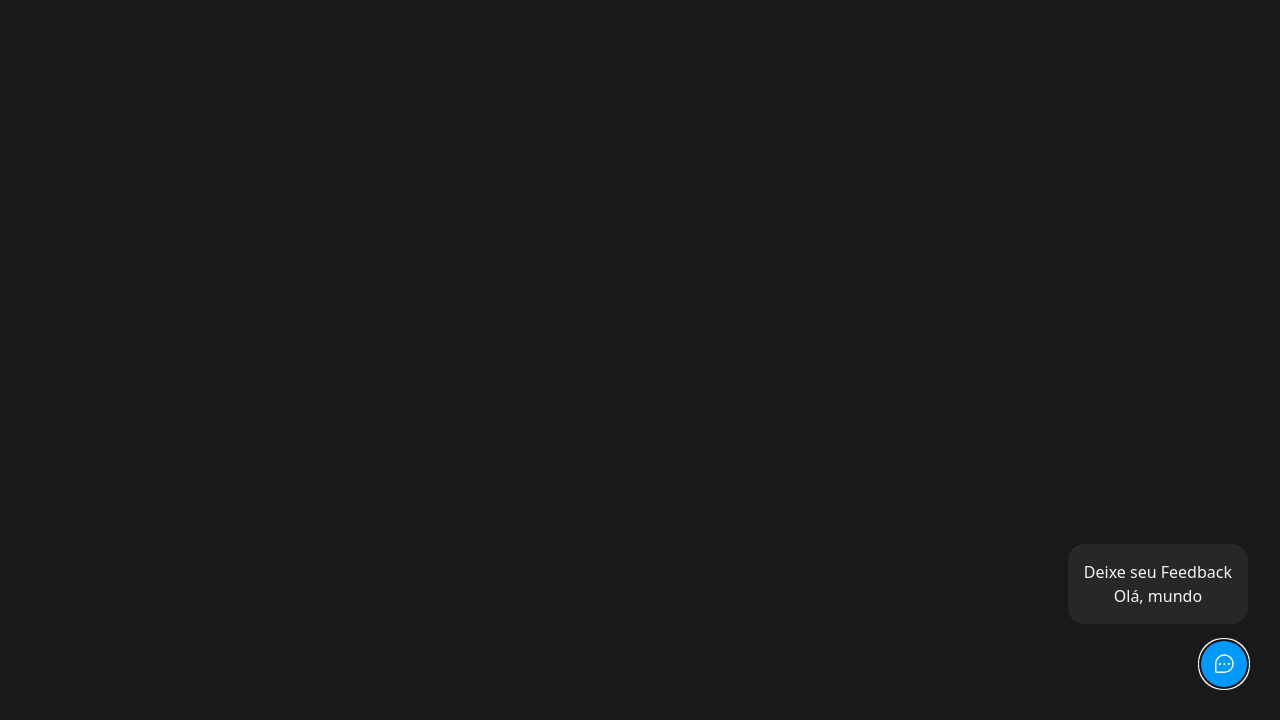
Repository: hochiminh1996/DW2A4
Page: / (app in Atividades/projeto-spa-2/web/), after clicking the first element matching `#headlessui-popover-button-\:ra\:`
These files come from the project's save history. The page is drawn as it stood at one moment and after the next save; the edit follows.
The browser window is 1280 px wide. The pictures show the whole page.
The project was rebuilt for these pictures with package versions that can differ from the ones it lists, and the page was loaded fresh each time. Also part of the build but not shown: Atividades/projeto-spa-2/web/vite.config.ts.

Above is the page before, as saved 2022-06-13 20:09:24.

### Atividades/projeto-spa-2/web/index.html
<!DOCTYPE html>
<html lang="en">
  <head>
    <meta charset="UTF-8" />
    <link rel="icon" type="image/svg+xml" href="/src/favicon.svg" />
    <meta name="viewport" content="width=device-width, initial-scale=1.0" />
    <title>Feedback</title>
  </head>
  <body>
    <div id="root"></div>
    <script type="module" src="/src/main.tsx"></script>
  </body>
</html>

### Atividades/projeto-spa-2/web/src/main.tsx
// ARQUIVO QUE IRÁ RENDERIZAR O CONTEÚDO NO HTML

import React from 'react'
import ReactDOM from 'react-dom/client'
import {App} from './App'
import "./global.css";

ReactDOM.createRoot(document.getElementById('root')!).render(
  <React.StrictMode>
    <App />
  </React.StrictMode>
)

### Atividades/projeto-spa-2/web/src/App.tsx
// PÁGINA QUE IRÁ CHAMAR TODOS OS COMPONENTES
import { Widget } from "./components/Widget";

export function App() {
  return <Widget />
}

### Atividades/projeto-spa-2/web/src/global.css
@tailwind base;
@tailwind components;
@tailwind utilities;

body{
    background-color: rgba(0, 0, 0, .9);
    @apply text-zinc-100;
}

### Atividades/projeto-spa-2/web/src/components/Widget.tsx
// COMPONENTE DA BOLINHA E CHAMADA DE OUTROS COMPONENTES

import { ChatTeardropDots } from 'phosphor-react'
import { Popover } from '@headlessui/react'; // para acessibilidade
import { WidgetForm } from './WidgetForm';

export function Widget() {
    return (
        //COMPONENTES

        <Popover className="absolute bottom-4 right-4 md:bottom-8 md:right-8 flex flex-col items-end">
            {/* COMPONENTE FORMULÁRIO  */}
            <Popover.Panel>
                <WidgetForm />
            </Popover.Panel>


            <Popover.Button className="bg-[#09f] rounded-full px-3 h-12 flex items-center group">
                {/* ICONE BOLINHA */}
                <ChatTeardropDots className="w-6 h-6 text-white" />

                {/* Visibilidade do texto feedback com propriedades de hover e overflow acionadas ao passar o mouse */}
                <span className="max-w-0 overflow-hidden group-hover:max-w-xs transition-all duration-500 ease-linear">
                    <span className="pl-2">Feedback</span>
                </span>
            </Popover.Button>

        </Popover>

    )
}

### Atividades/projeto-spa-2/web/src/components/WidgetForm.tsx
export function WidgetForm(){
    return (
        <div className="bg-zinc-800 p-4 relative rounded-2xl mb-4 flex flex-col items-center w-[calc(100vw-2rem)] md:w-auto">
            {/* ACIMA TEMOS UM USO INTERESSANTE DE LAYOUT RESPONSIVE */}

            {/* CONTEUDO DO FORM */}
            <header>
                <span className="text-">Deixe seu Feedback</span>
            </header>

            <p>
                Olá, mundo
            </p>

            {/* FOOTER DO DO FORM  */}
            <footer>
                <span></span>
            </footer>
        </div>
    );
}

Loaded but not shown: Atividades/projeto-spa-2/web/tailwind.config.js (common file)

After the next save:
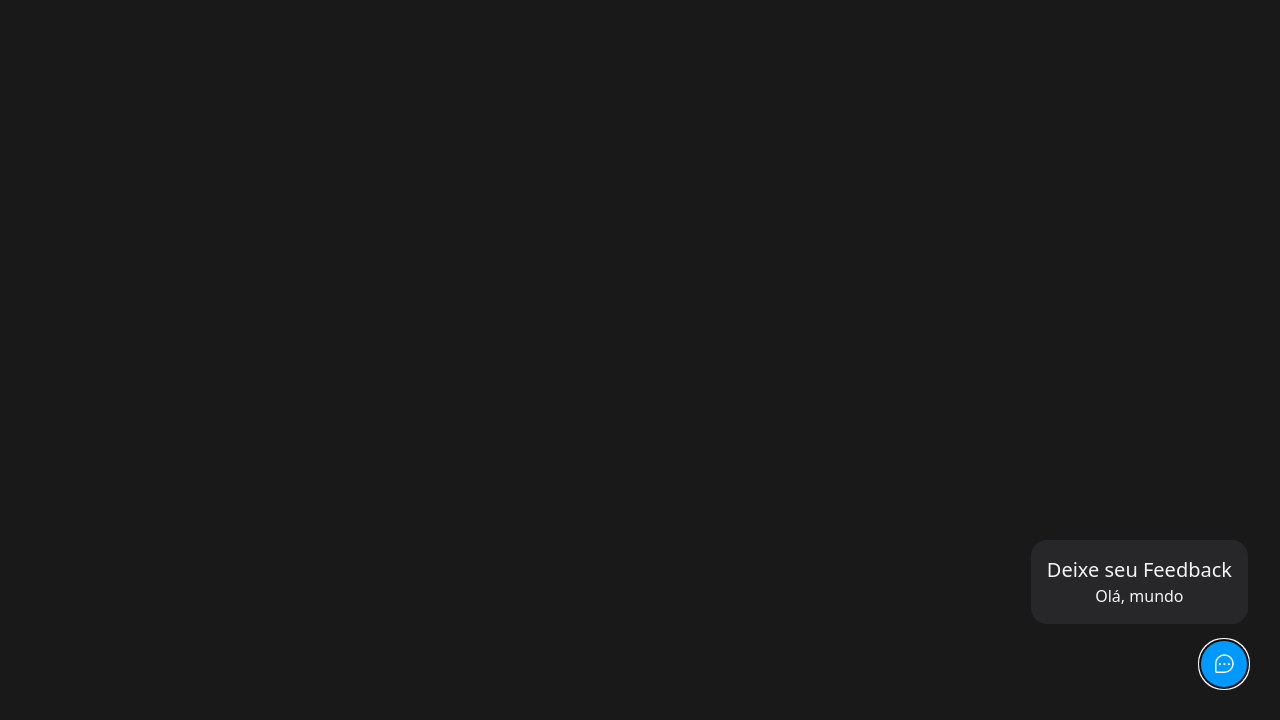
Saved 2 s later.
--- a/Atividades/projeto-spa-2/web/src/components/WidgetForm.tsx
+++ b/Atividades/projeto-spa-2/web/src/components/WidgetForm.tsx
@@ -5,7 +5,7 @@ export function WidgetForm(){
 
             {/* CONTEUDO DO FORM */}
             <header>
-                <span className="text-">Deixe seu Feedback</span>
+                <span className="text-xl">Deixe seu Feedback</span>
             </header>
 
             <p>
